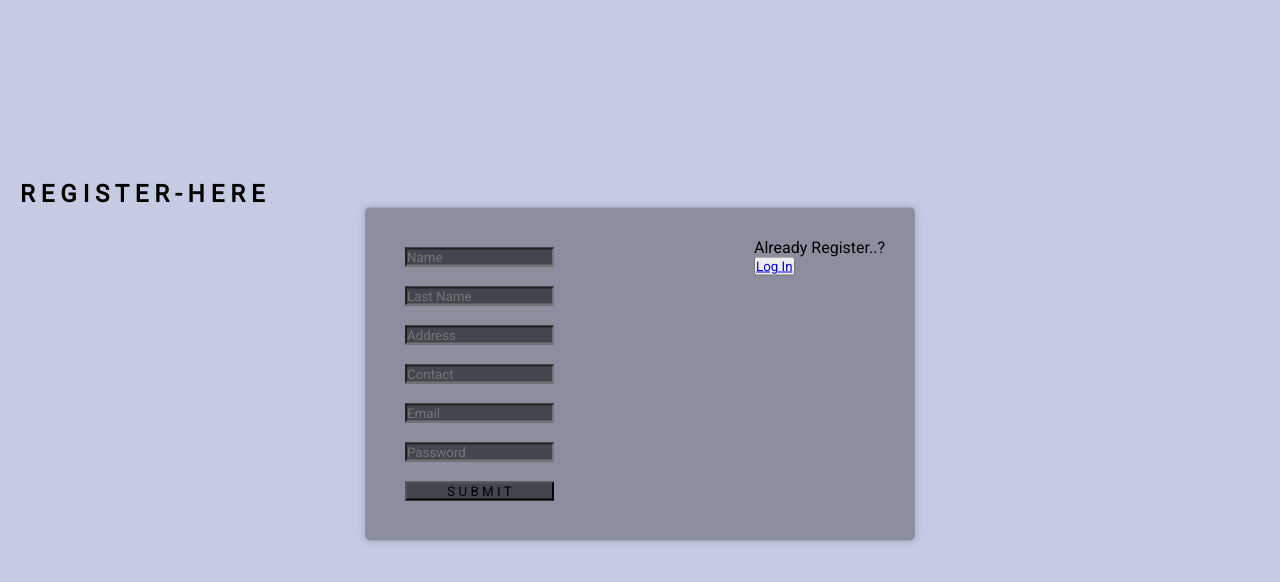
Repository: Krushna26nk/WebApplication
Page: http://localhost/Application/
The author's editor kept a copy of each file at every save. The page is drawn from the files as they stood at one save, then again after the next save.
The browser window is 1280 px wide. The pictures show the whole page.
The page is served by Tomcat 9. Other server files are loaded and not shown.

Above is the page before, as saved 2019-05-31 13:31:05.

### web/Application/WebContent/RegisterData.jsp
<%@ page language="java" contentType="text/html; charset=UTF-8"
    pageEncoding="UTF-8"%>
<!DOCTYPE html PUBLIC "-//W3C//DTD HTML 4.01 Transitional//EN" "http://www.w3.org/TR/html4/loose.dtd">
<html>
<head>
<meta http-equiv="Content-Type" content="text/html; charset=UTF-8">
<link rel="stylesheet" type="text/css" href="Style.css">
<title>Insert title here</title>
</head>
<body bg="blur.jpg">
<div class="regDiv">
	<h2> R E G I S T E R - H E R E </h2>
<div class="formDiv">
	<form class="form" action="Registration" style="align:middle;">
				 <div class="inputFields">

					  	<input type="text" class="input" id="firstName" placeholder="Name" name="uname">

				 	  	<input type="text" class="input" id="lastName" placeholder="Last Name" name="lname">

				  	   	<input type="text" class="input" id="userAddress" placeholder="Address" name="address">

				  		<input type="number" class="input" id="contactNo" placeholder="Contact" name="contact">

				  		<input type="email" class="input" id="emailId" placeholder="Email" name="email">

				  		<input type="password" class="input" id="userPassword" placeholder="Password" name="pass">


		 				<input type="submit" class="input" value="S U B M I T">
		 </div>
	</form>
	<div class="alreadyDiv">
		<p class="para"> Already Register..?  </p>
		<button class="button" type="button"><a href="Login.jsp"> Log In </a></button>
	</div>
</div>

</div>


<script type="text/javascript">
	var userFName = document.getElementById("firstName");
	var userLName = document.getElementById("lastName");
	var userAddr = document.getElementById("userAddress");
	var contct = document.getElementById("contactNo");
	var emailId = document.getElementById("emailId");
	var userPass = document.getElementById("userPassword");
</script>


</body>
</html>

### web/Application/WebContent/Style.css
@CHARSET "UTF-8";
@import url('https://fonts.googleapis.com/css?family=Roboto');
*{
	margin:0;
	padding:0;
	box-sizing: border-box;
	outline:none;
	font-family: 'Roboto', sans-serif;
}
body{
	background-color:#C5CBE3;
}

.regDiv{
	position:absolute;
	top:50%;
	transform:translateY(-50%);
	width:100%;
	padding:0px 20px;

}
.formDiv{
	max-width:550px;
	margin:0 auto;
	background:rgba(0,0,0,0.3);
	padding:30px;
	border-radius:5px;
	display:flex;
	justify-content:space-between;
	box-shadow: 0 0 10px rgba(0,0,0,0.2);
}

.inputFields{
	display:flex;
	flex-direction:column;
	margin-right:4%;
}

.alreadyDiv .para .button,
.inputFields .input{
	margin:10px;
	background:rgba(0,0,0,0.5);
}

After the next save:
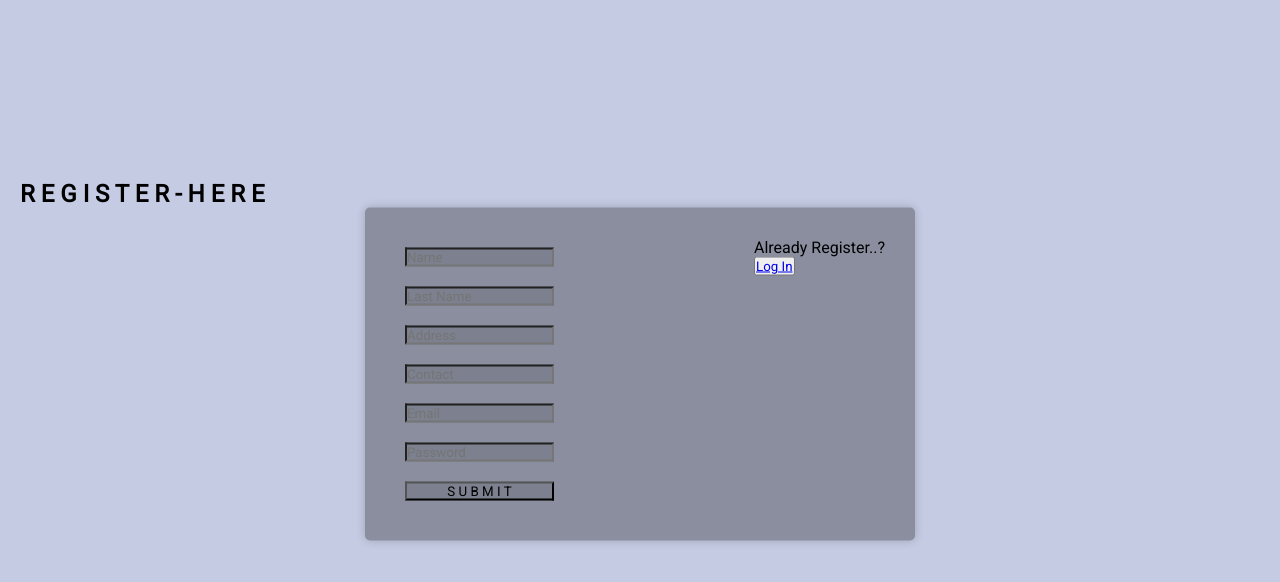
Saved 12 s later.
--- a/web/Application/WebContent/Style.css
+++ b/web/Application/WebContent/Style.css
@@ -39,5 +39,5 @@ body{
 .alreadyDiv .para .button,
 .inputFields .input{
 	margin:10px;
-	background:rgba(0,0,0,0.5);
+	background:rgba(0,0,0,0.1);
 }
